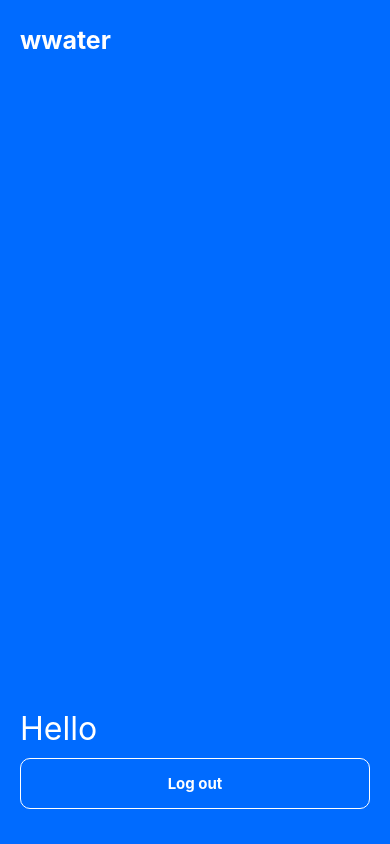
Repository: mtuguldr/myproject
Screen: /
An editor plug-in stored every save of this project. The screen is shown before and after the next save, followed by the edit.
The app was drawn by React Native's web renderer in a window 390 px wide. The project was rebuilt for these pictures with package versions that can differ from the ones it lists, and the page was loaded fresh each time.

Above is the screen before, as saved 2021-10-20 15:46:52.

After the next save:
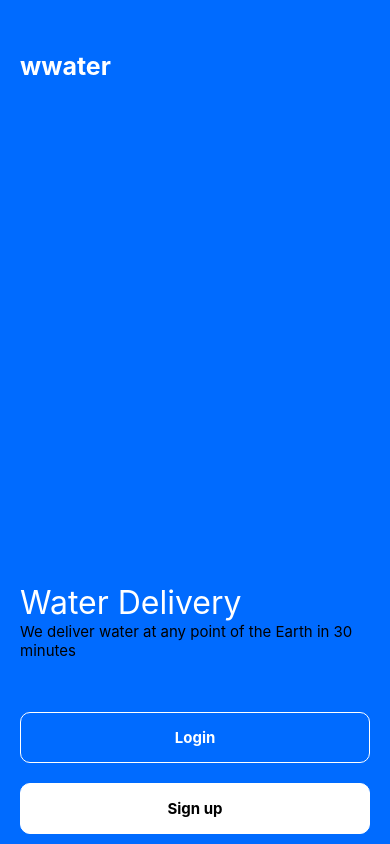
Saved 8 s later.
--- a/App.js
+++ b/App.js
@@ -1,8 +1,9 @@
 import React from 'react'
 import HomeScreen from './app/Screens/HomeScreen'
+import StartScreen from './app/Screens/StartScreen'
 
 function App(props) {
-	return <HomeScreen />
+	return <StartScreen />
 }
 
 export default App
